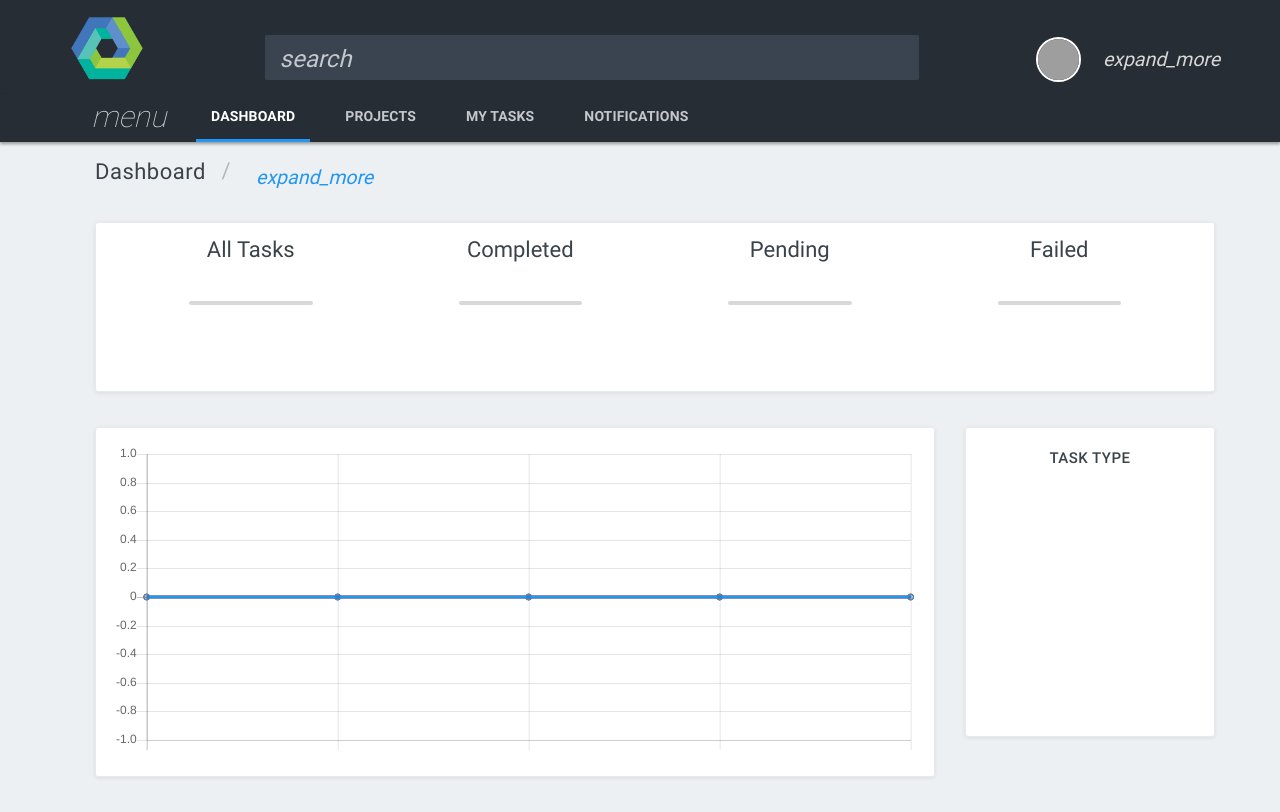
Repository: RenanChagas/ProjectManagement
Page: http://localhost/finalproject/WEB-INF/views/dashboard.jsp
An editor plug-in stored every save of this project. The page is shown before and after the next save, followed by the edit.
The browser window is 1280 px wide. The pictures show the whole page.
Pictures or frames that could not be fetched are drawn as grey boxes. The page is served by Tomcat 9. Nobody is signed in. The template is opened directly, without the code that normally fills it, so the values that code supplies are empty.

Above is the page before, as saved 2017-11-25 17:52:40.

After the next save:
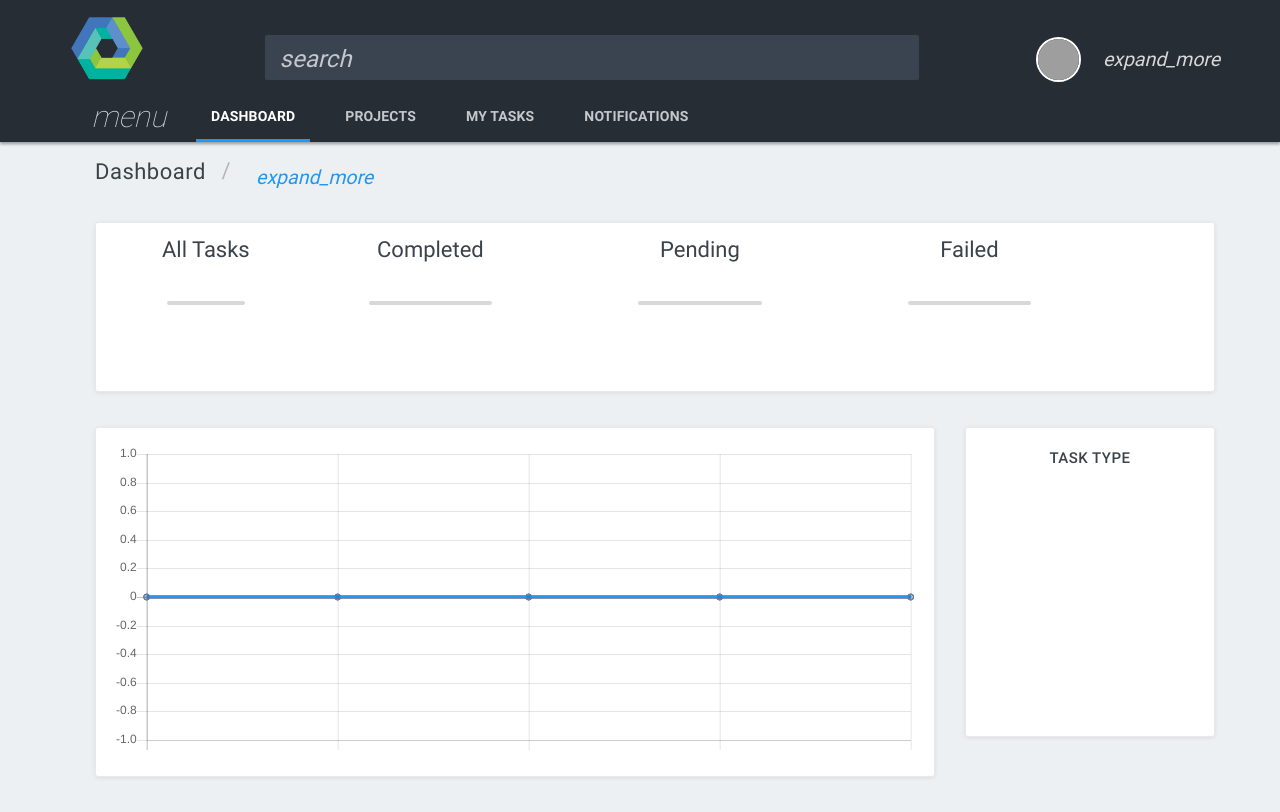
Saved 14 s later.
--- a/finalproject/src/main/webapp/WEB-INF/views/dashboard.jsp
+++ b/finalproject/src/main/webapp/WEB-INF/views/dashboard.jsp
@@ -196,7 +196,7 @@
           <div class="MDC-card-news-container">
 
             <!-- All Courses -->
-            <div class="col s12 m6 l3">
+            <div class="col s12 m3 l2">
               <div class="row center">
                 <font class="MDC-font-22 MDC-color-grey-dark-2">
                   All Tasks
